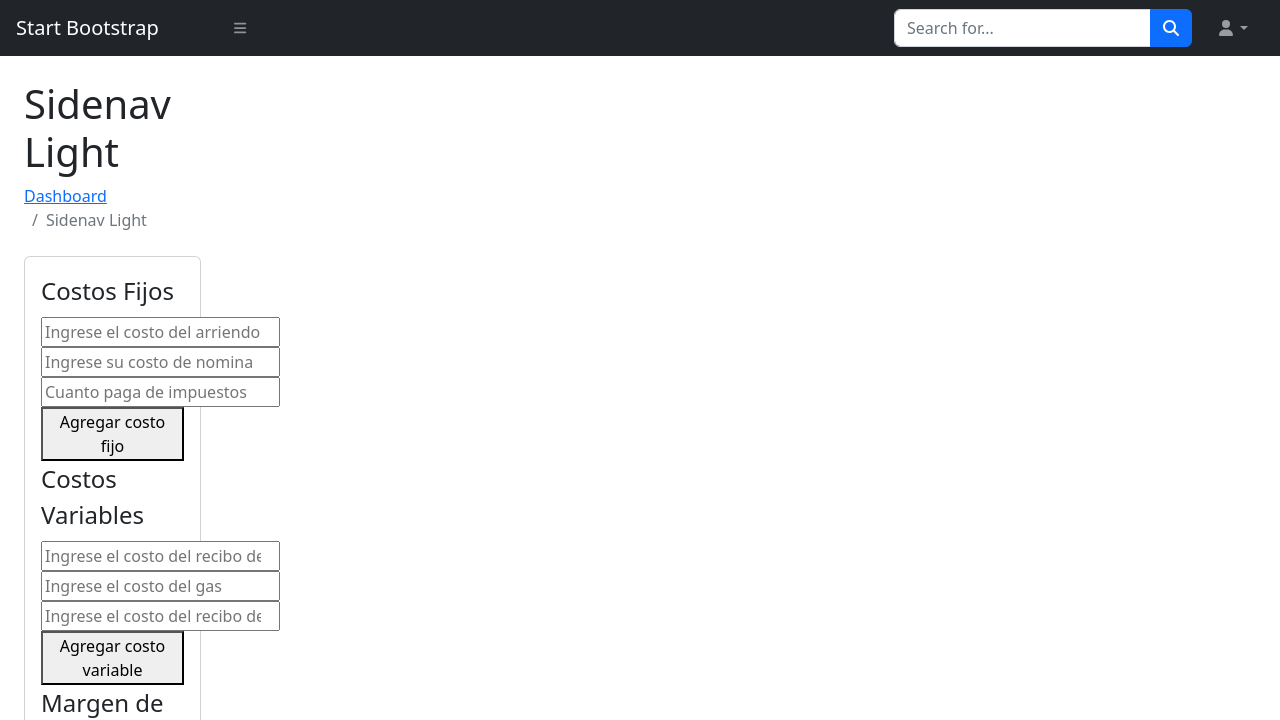
Repository: EstefaMH/Dashboard
Page: costs.html
An editor plug-in stored every save of this project. The page is shown before and after the next save, followed by the edit.
The browser window is 1280 px wide. The pictures show the whole page.
Some web libraries are served in a nearby version.

Above is the page before, as saved 2023-12-25 22:05:14.

After the next save:
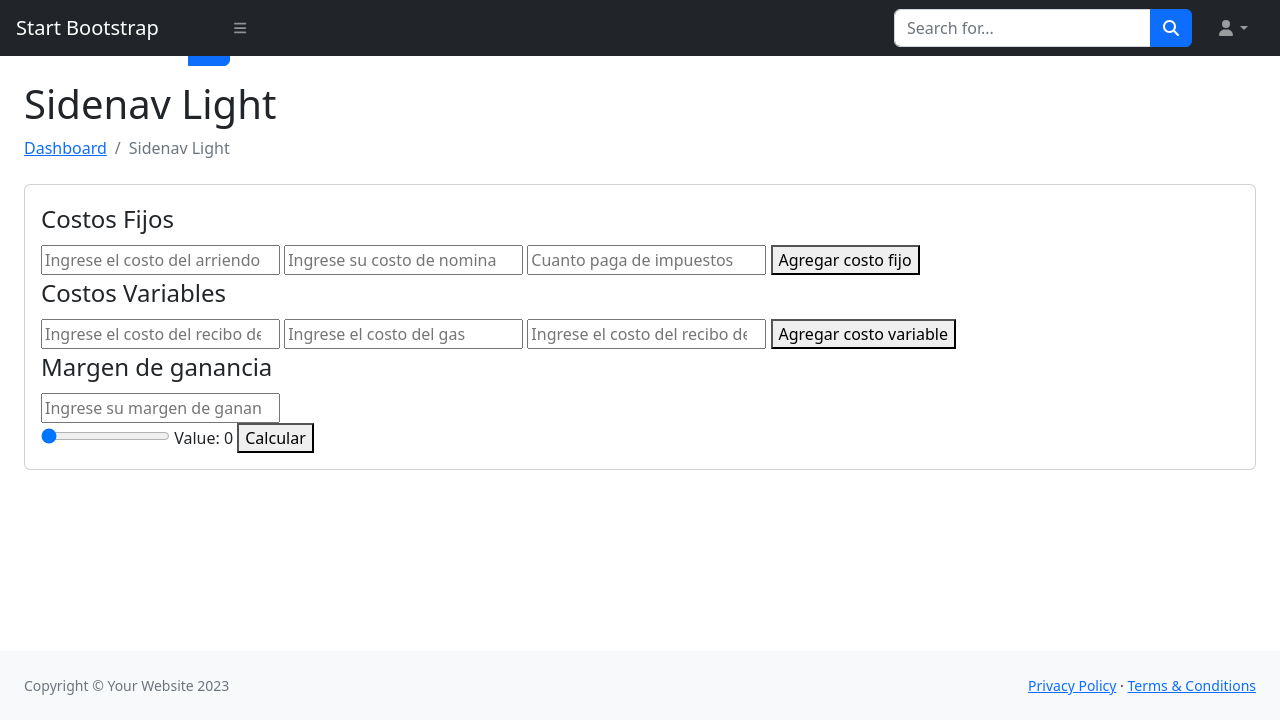
Saved 5 s later.
--- a/costs.html
+++ b/costs.html
@@ -14,7 +14,7 @@
         <navbar-component></navbar-component>
         <div id="layoutSidenav">
             <div id="layoutSidenav_nav">
-<navbar-
+<navbar-component></navbar-component>
             </div>
             <div id="layoutSidenav_content">
                 <main>
